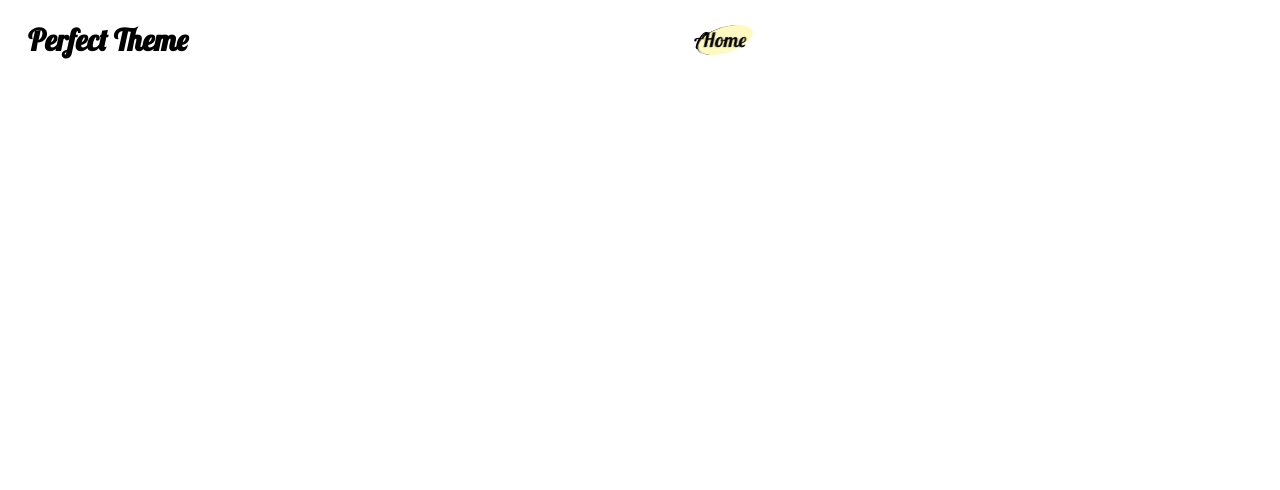
Repository: hsumyatm7308/laravel-blog
Page: blogweb/resources/views/blog/headerlayout.html
An editor plug-in stored every save of this project. The page is shown before and after the next save, followed by the edit.
The browser window is 1280 px wide. The pictures show the whole page.
Some web libraries are served in a nearby version.

Above is the page before, as saved 2023-09-04 17:13:04.

### blogweb/resources/views/blog/headerlayout.html
<!DOCTYPE html>
<html>

<head>
    <title>@yield('title')</title>
    <script src="https://cdn.tailwindcss.com"></script>

</head>
<style>
    @import url('https://fonts.googleapis.com/css2?family=Lobster&display=swap');

    body {
        font-family: 'Lobster', cursive;
    }

    .container {
        width: 80%;
        height: auto;
        /* background-color: antiquewhite; */

        display: flex;
        justify-content: center;
        align-items: center;

        position: relative;


    }

    .navlabel {
        position: relative;
        /* background-color: aqua; */
    }

    .lictn {
        position: relative;
    }

    .skewtextctn,
    .skewtextctn2 {
        width: 50px;
        height: 30px;
        border-radius: 100%;
        border-left: 1px solid black;

        position: fixed;
        top: 25px;




        transform: skew(-40deg);

    }

    .skewtextctn {
        left: 700px;
    }

    .skewtextctn2 {
        left: 800px;
    }



    .article {
        position: fixed;
        left: 1px;

        top: 1px;
        transform: skew(40deg);

    }

    .skewtextctn:hover,
    .skewtextctn2:hover {
        transition: all .5s;
        background-color: rgb(51 65 85);
    }

    .skewtextctn:hover .article,
    .skewtextctn2:hover .article {
        color: #000;
    }
</style>

<body class="bg-[#ffff]">
    <nav class="w-[100vw] flex justify-center items-center">
        <h1 class="text-3xl font-semibold">Perfect Theme</h1>

        <div class="w-[80%] h-20 flex justify-center items-center container">
            <div class="flex justify-between items-center list-none navlabel">
                <li class="p-5 mr-4 lictn">
                    <div class="bg-yellow-100 skewtextctn">
                        <a href="" class="text-xl text-black article">Home</a>
                    </div>
                </li>

                <li class="p-5 mr-4">
                    <div class=" active">
                        <a href="" class="text-xl text-black ">Article</a>
                    </div>
                </li>
            </div>


        </div>

        <div class=" menu ">
            <span class="text-xs flex justify-center items-center flex-col">
                <div class="w-10 h-[2px] bg-black"></div>
                <span class="p-1 hover:self-end hover:text-yellow-500"> menu</span>
                <div class="w-10 h-[2px] bg-black font-semibold"></div>
            </span>
        </div>
    </nav>



    <div class="menu-modal w-screen bg-[linear-gradient(#dfdfdf,)] h-screen absolute left-0 top-0">
        <div class="w-96 h-[100vh] bg-white absolute right-0 top-0">

        </div>

    </div>


    <script>
        var menu = document.querySelector('.menu');
        menu.addEventListener('click',function(){

        })
    </script>
</body>

</html>

After the next save:
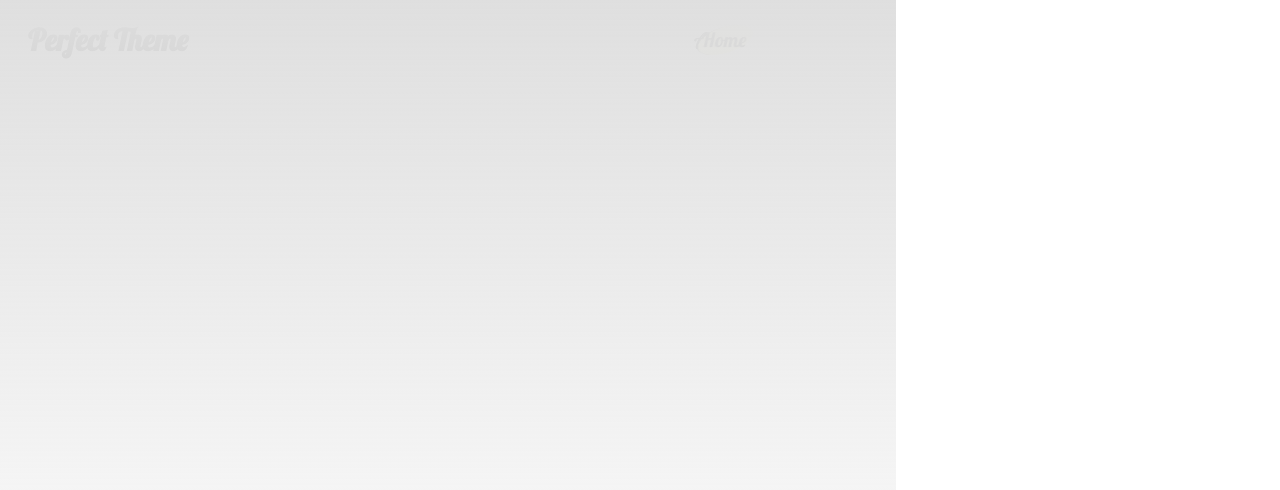
Saved 12 s later.
--- a/blogweb/resources/views/blog/headerlayout.html
+++ b/blogweb/resources/views/blog/headerlayout.html
@@ -117,7 +117,7 @@
 
 
 
-    <div class="menu-modal w-screen bg-[linear-gradient(#dfdfdf,)] h-screen absolute left-0 top-0">
+    <div class="menu-modal w-screen bg-[linear-gradient(#dfdfdf,rgba(255,255,255,.5))] h-screen absolute left-0 top-0">
         <div class="w-96 h-[100vh] bg-white absolute right-0 top-0">
 
         </div>
